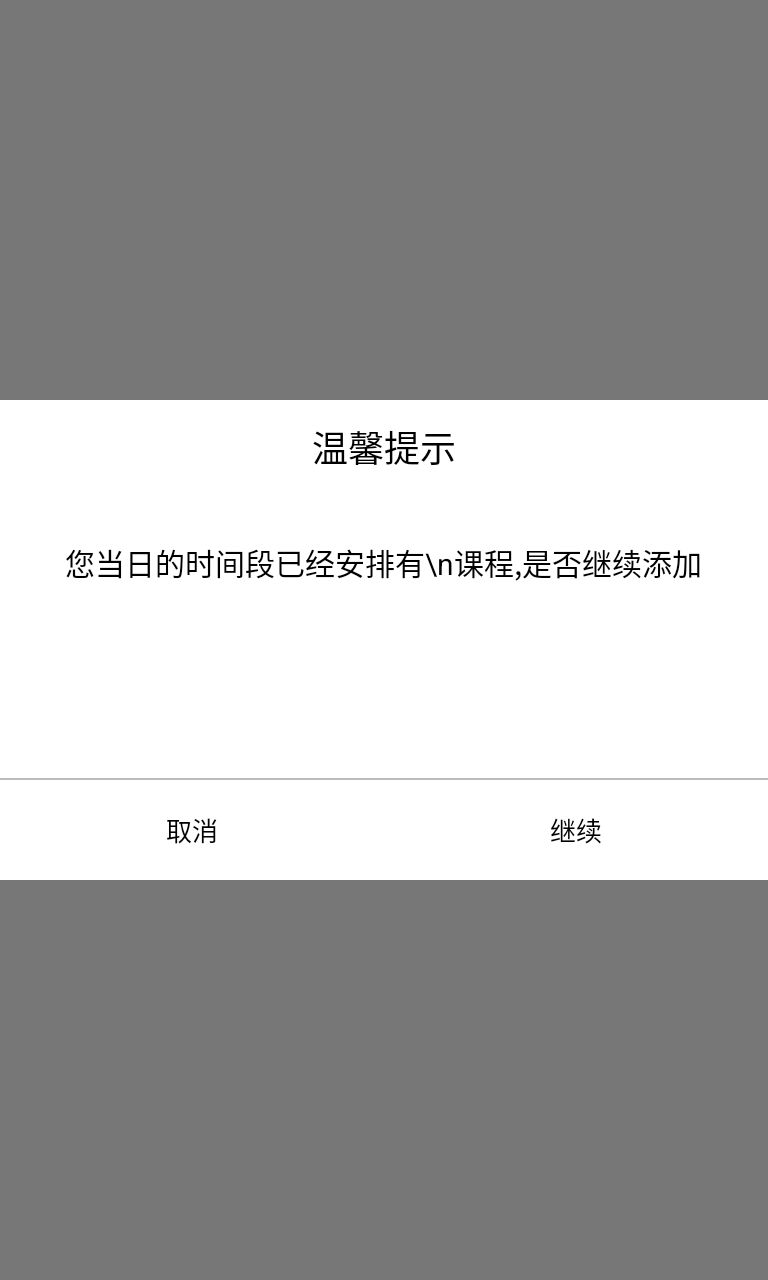
Repository: longxuep/ync
Layout: ync/Test/res/layout/view_dialog.xml
An editor plug-in stored every save of this project. The layout is shown before and after the next save, followed by the edit.
It is drawn on a 768 x 1280 px phone screen (xhdpi) without system bars, with theme AppTheme; the app's code is not run.

Above is the layout before, as saved 2016-08-08 07:02:12.

After the next save:
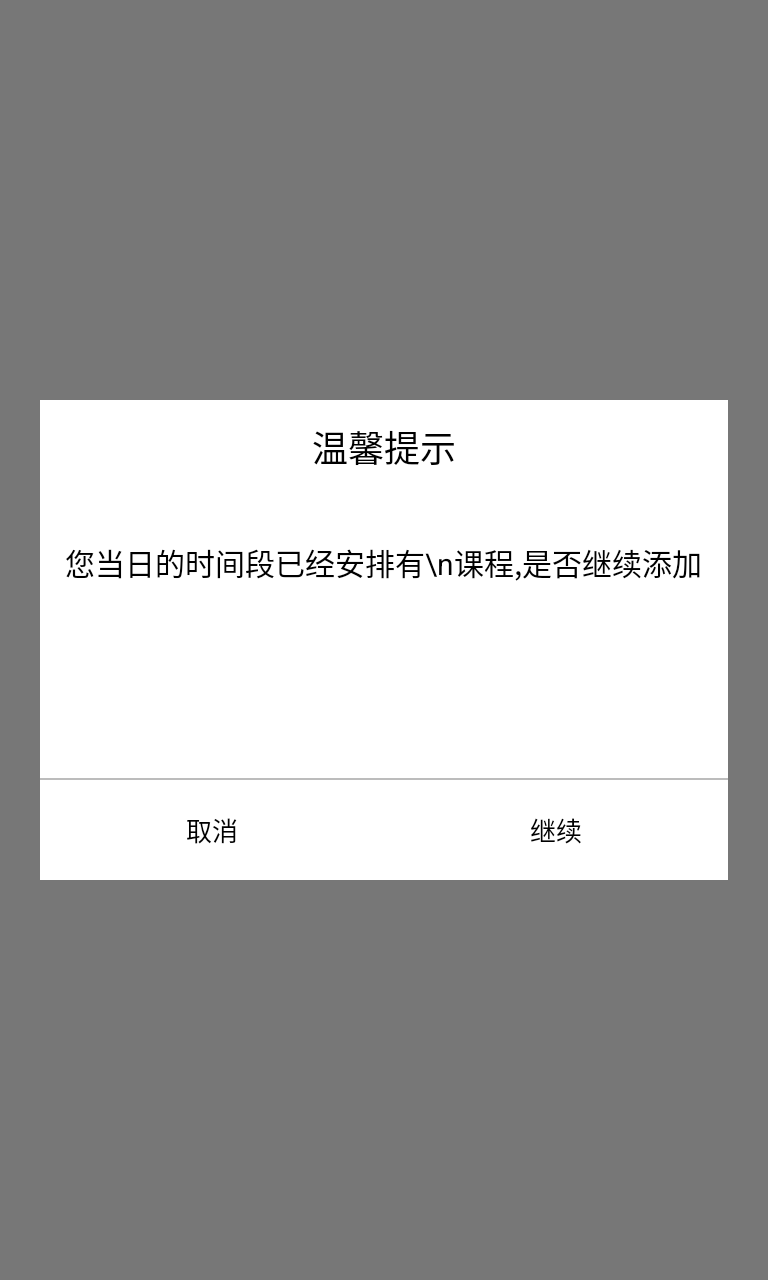
Saved 39 s later.
--- a/ync/Test/res/layout/view_dialog.xml
+++ b/ync/Test/res/layout/view_dialog.xml
@@ -15,6 +15,8 @@
         android:layout_width="fill_parent"
         android:layout_height="240dp"
         android:clickable="true"
+        android:layout_marginLeft="20dp"
+        android:layout_marginRight="20dp"
         android:background="#ffffff"
         android:visibility="visible" >
          <TextView
